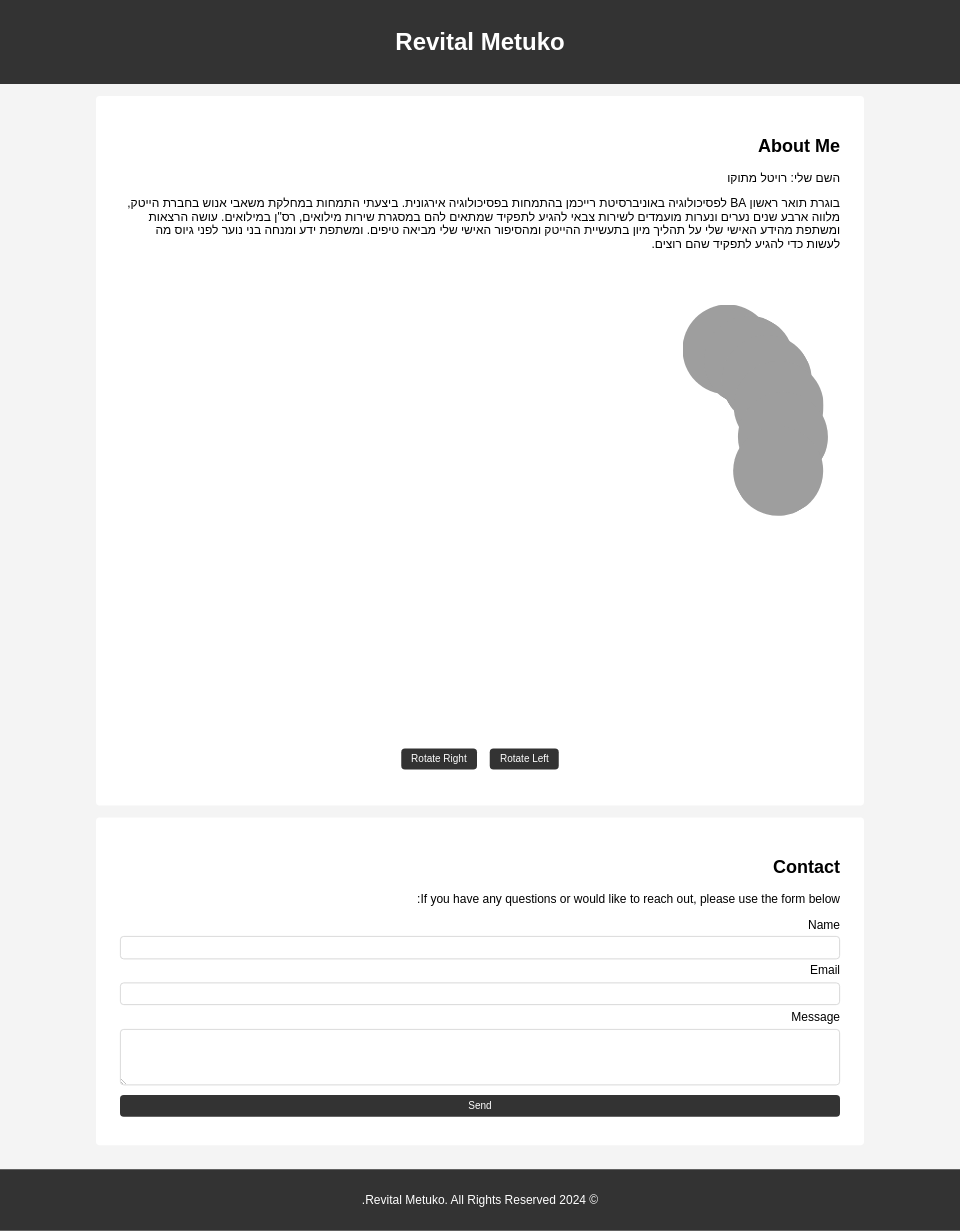
Repository: revitalmetuko/spiral-gallery
Page: RevitalWeb/index.html
These files come from the project's save history. The page is drawn as it stood at one moment and after the next save; the edit follows.
The browser window is 1280 px wide. The pictures show the whole page, at 75% of full size.
Pictures or frames that could not be fetched are drawn as grey boxes.

Above is the page before, as saved 2024-08-03 22:31:55.

### RevitalWeb/index.html
<!DOCTYPE html>
<html lang="en">
<head>
    <meta charset="UTF-8">
    <meta name="viewport" content="width=device-width, initial-scale=1.0">
    <title>Revital Metuko</title>
    <style>
        body {
            font-family: Arial, sans-serif;
            margin: 0;
            padding: 0;
            background-color: #f4f4f4;
            direction: rtl;
            text-align: right;
        }
        .header {
            background-color: #333;
            color: #fff;
            padding: 1em 0;
            text-align: center;
        }
        .container {
            width: 80%;
            margin: auto;
            overflow: hidden;
            padding: 1em 0;
        }
        .about, .contact {
            background: #fff;
            padding: 2em;
            margin-bottom: 1em;
            border-radius: 5px;
        }
        .spiral-container {
            position: relative;
            width: 600px;
            height: 600px;
            margin: 2em auto;
        }
        .spiral-container img {
            position: absolute;
            width: 120px;
            height: 120px;
            border-radius: 50%;
            transform-origin: center;
            transition: transform 0.5s;
            cursor: pointer;
        }
        .footer {
            text-align: center;
            padding: 1em 0;
            background-color: #333;
            color: #fff;
        }
        form {
            display: flex;
            flex-direction: column;
        }
        input, textarea {
            padding: 0.5em;
            margin: 0.5em 0;
            border: 1px solid #ccc;
            border-radius: 5px;
        }
        input[type="submit"] {
            background-color: #333;
            color: #fff;
            border: none;
            cursor: pointer;
        }
        .controls {
            text-align: center;
            margin: 1em 0;
        }
        .controls button {
            padding: 0.5em 1em;
            margin: 0 0.5em;
            background-color: #333;
            color: #fff;
            border: none;
            cursor: pointer;
            border-radius: 5px;
        }
    </style>
</head>
<body>

    <div class="header">
        <h1>Revital Metuko</h1>
    </div>

    <div class="container">
        <div class="about">
            <h2>About Me</h2>
            <p>השם שלי: רויטל מתוקו</p>
            <p>בוגרת תואר ראשון BA לפסיכולוגיה באוניברסיטת רייכמן בהתמחות בפסיכולוגיה אירגונית. ביצעתי התמחות במחלקת משאבי אנוש בחברת הייטק, מלווה ארבע שנים נערים ונערות מועמדים לשירות צבאי להגיע לתפקיד שמתאים להם במסגרת שירות מילואים, רס"ן במילואים. עושה הרצאות ומשתפת מהידע האישי שלי על תהליך מיון בתעשיית ההייטק ומהסיפור האישי שלי מביאה טיפים. ומשתפת ידע ומנחה בני נוער לפני גיוס מה לעשות כדי להגיע לתפקיד שהם רוצים.</p>
            <div class="spiral-container" id="spiral-container">
                <img src="/img/8ca01ed6-859c-43f2-9bc1-78a3dd2121d4.jpeg" alt="Revital Metuko Image 1">
                <img src="/img/IMG_3363.jpeg" alt="Revital Metuko Image 2">
                <img src="/img/IMG_4815.jpeg" alt="Revital Metuko Image 3">
                <img src="/img/IMG_7943.jpeg" alt="Revital Metuko Image 4">
                <img src="/img/Screenshot 2024-08-03 215234.png" alt="Revital Metuko Image 5">
                <img src="img/IMG_4816.jpeg" alt="Revital Metuko Image 6">
           </div>
            <div class="controls">
                <button id="rotate-left">Rotate Left</button>
                <button id="rotate-right">Rotate Right</button>
            </div>
        </div>

        <div class="contact">
            <h2>Contact</h2>
            <p>If you have any questions or would like to reach out, please use the form below:</p>
            <form action="mailto:revitalmetuko@gmail.com" method="post" enctype="text/plain">
                <label for="name">Name</label>
                <input type="text" id="name" name="name" required>
                <label for="email">Email</label>
                <input type="email" id="email" name="email" required>
                <label for="message">Message</label>
                <textarea id="message" name="message" rows="4" required></textarea>
                <input type="submit" value="Send">
            </form>
        </div>
    </div>

    <div class="footer">
        <p>&copy; 2024 Revital Metuko. All Rights Reserved.</p>
    </div>

    <script>
        const images = document.querySelectorAll('.spiral-container img');
        const centerX = 100;
        const centerY = 100;
        const radiusStep = 30
        let currentRadius = 50;
        const angleStep = 30;
        let currentAngle = 0;

        function updateSpiral() {
            images.forEach((img, index) => {
                const angle = index * angleStep + currentAngle;
                const radians = angle * (Math.PI / 500);
                const x = centerX + currentRadius * Math.cos(radians) - 60;  // Adjusted for larger image size
                const y = centerY + currentRadius * Math.sin(radians) - 60;  // Adjusted for larger image size
                img.style.transform = `translate(${x}px, ${y}px) rotate(${angle}deg)`;
                currentRadius += radiusStep;
            });
            currentRadius = 100;  // Reset radius for next update
        }

        document.getElementById('rotate-left').addEventListener('click', () => {
            currentAngle -= angleStep;
            updateSpiral();
        });

        document.getElementById('rotate-right').addEventListener('click', () => {
            currentAngle += angleStep;
            updateSpiral();
        });

        // Make images draggable
        images.forEach(img => {
            img.draggable = true;

            img.addEventListener('dragstart', (e) => {
                e.dataTransfer.setData('text/plain', null);
                img.style.opacity = '0.5';
            });

            img.addEventListener('dragend', () => {
                img.style.opacity = '1';
            });

            img.addEventListener('dragover', (e) => {
                e.preventDefault();
                const x = e.clientX - img.parentNode.offsetLeft - 80;
                const y = e.clientY - img.parentNode.offsetTop - 80;
                img.style.transform = `translate(${x}px, ${y}px)`;
            });
        });

        // Initial spiral setup
        updateSpiral();
    </script>

</body>
</html>

After the next save:
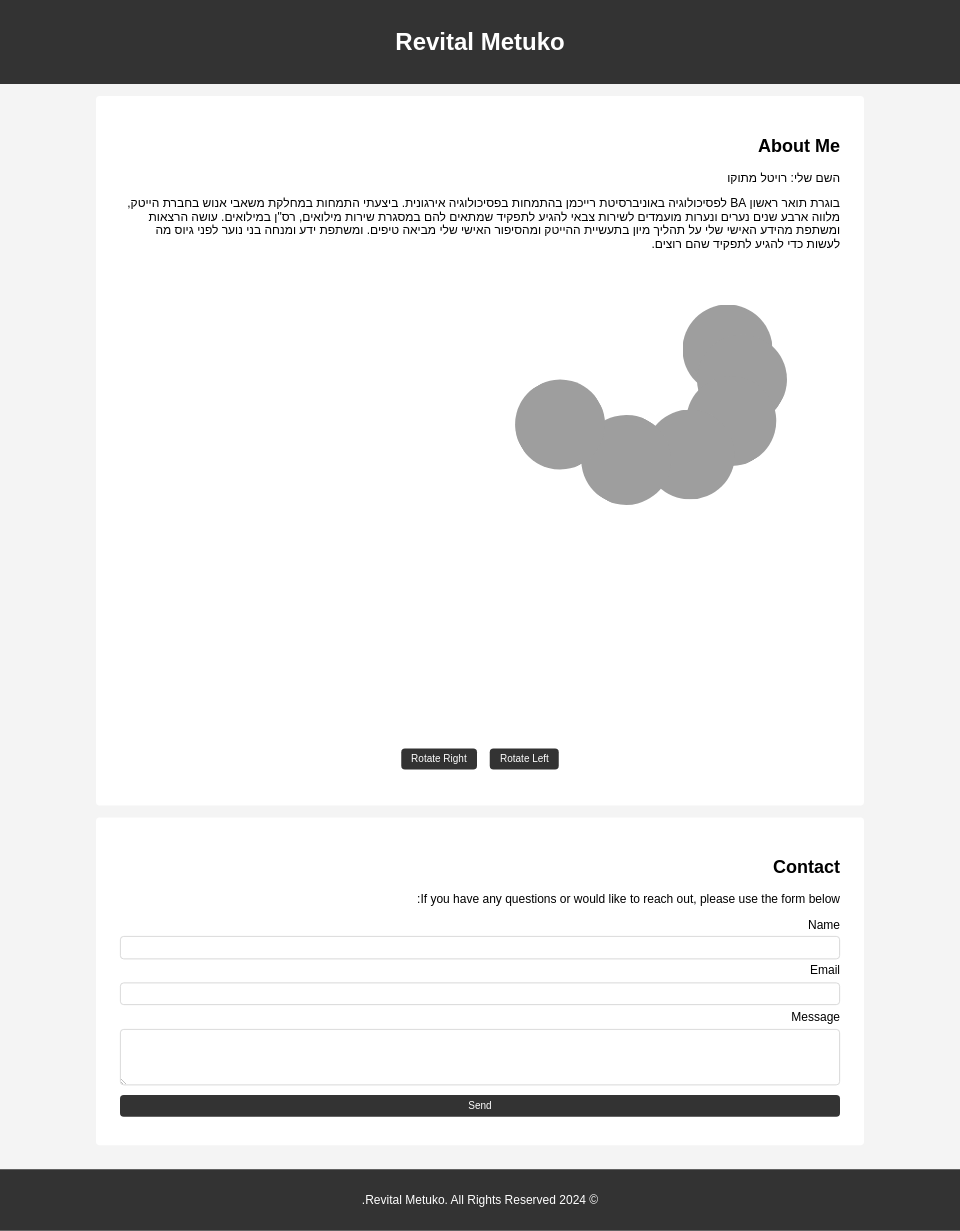
Saved 11 s later.
--- a/RevitalWeb/index.html
+++ b/RevitalWeb/index.html
@@ -139,7 +139,7 @@
         function updateSpiral() {
             images.forEach((img, index) => {
                 const angle = index * angleStep + currentAngle;
-                const radians = angle * (Math.PI / 500);
+                const radians = angle * (Math.PI / 180);
                 const x = centerX + currentRadius * Math.cos(radians) - 60;  // Adjusted for larger image size
                 const y = centerY + currentRadius * Math.sin(radians) - 60;  // Adjusted for larger image size
                 img.style.transform = `translate(${x}px, ${y}px) rotate(${angle}deg)`;
